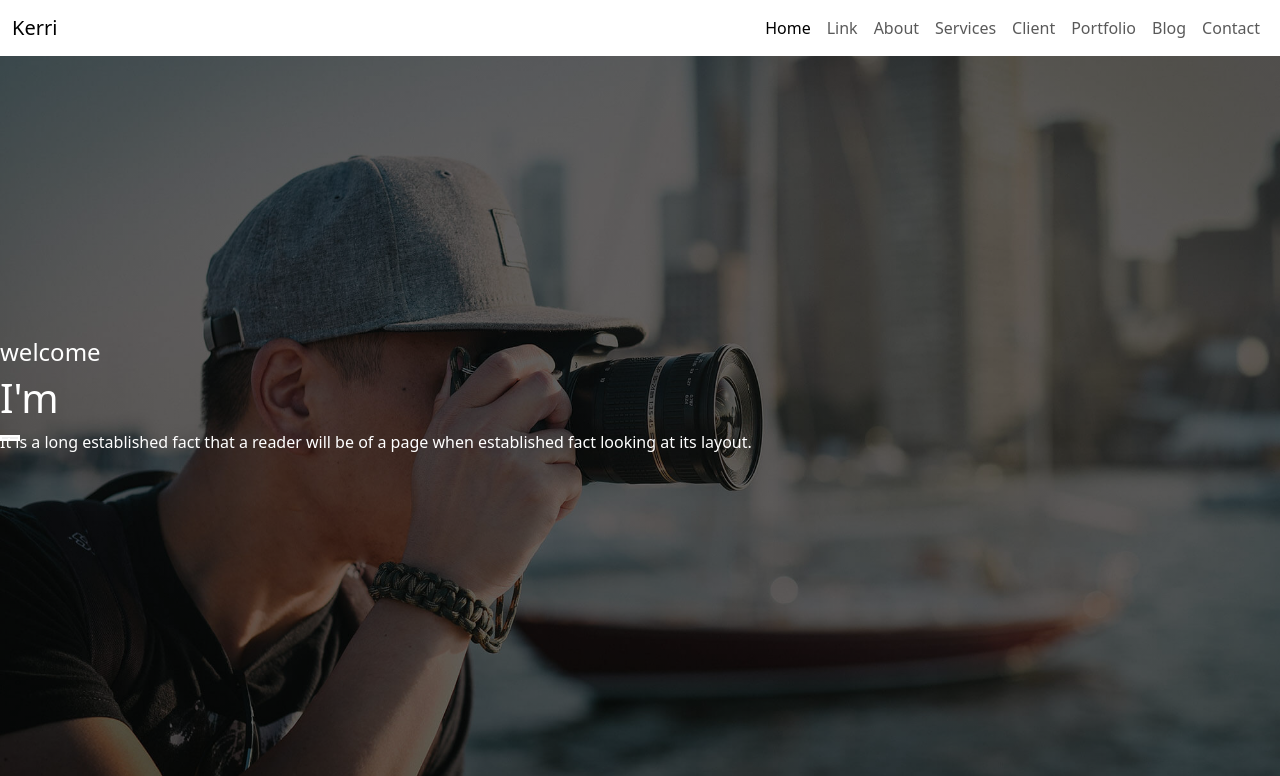
Repository: khaledradwan96/Kerri
Page: index.html
The author's editor kept a copy of each file at every save. The page is drawn from the files as they stood at one save, then again after a run of saves.
The browser window is 1280 px wide. The pictures show the whole page.

Above is the page before, as saved 2024-05-06 20:10:02.

After the next 2 saves:
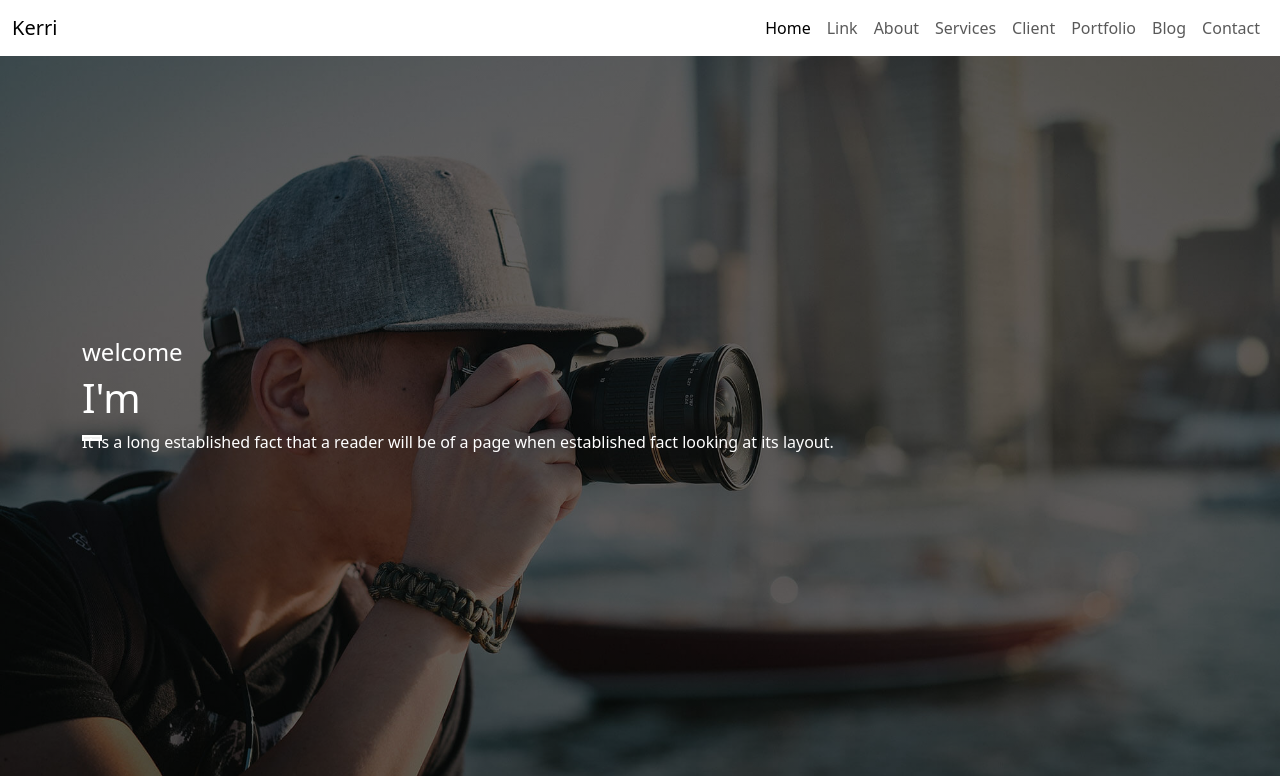
The 2 saves are shown as one change because they came seconds apart.
The last was saved 21 s later.
--- a/index.html
+++ b/index.html
@@ -55,7 +55,7 @@
 
     <header class="position-relative vh-100 text-white d-flex align-items-center">
 
-        <div class="content">
+        <div class="container">
             <h4>welcome</h4>
             <h1>
                 I'm
